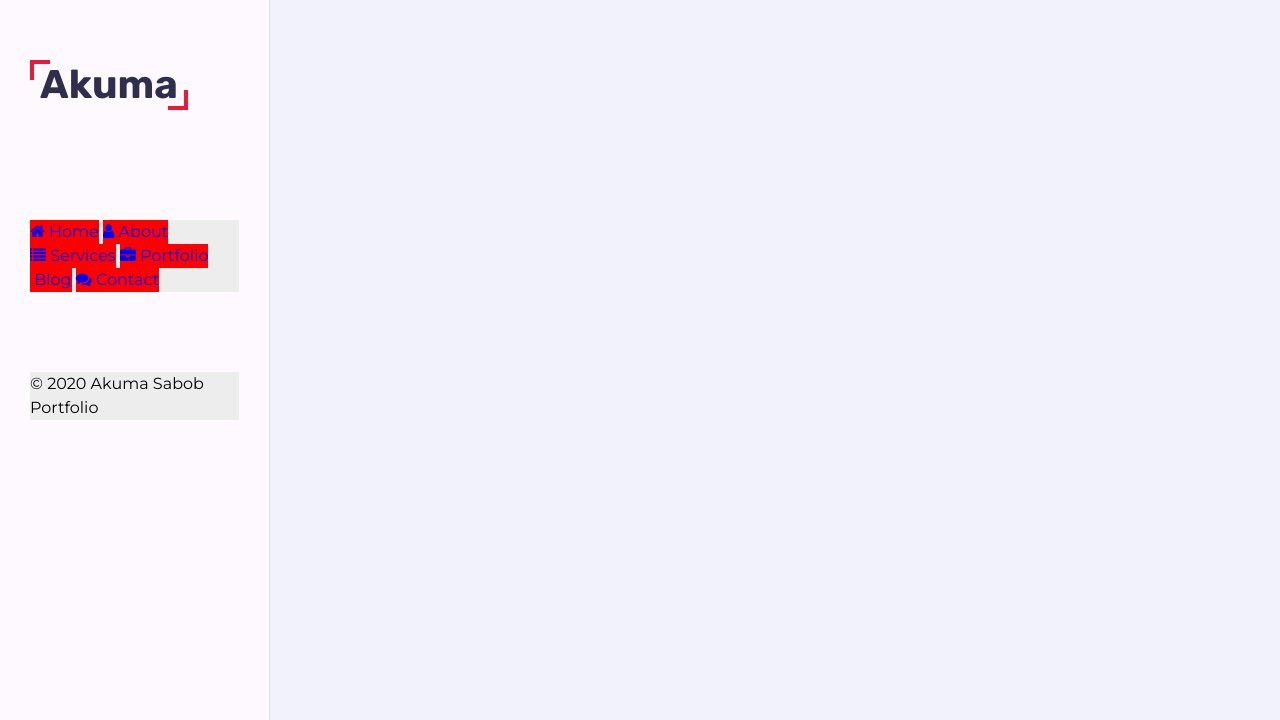
Repository: Akuma001/MY-Portfolio
Page: index.html
An editor plug-in stored every save of this project. The page is shown before and after the next save, followed by the edit.
The browser window is 1280 px wide. The pictures show the whole page.

Above is the page before, as saved 2020-12-13 13:14:31.

After the next save:
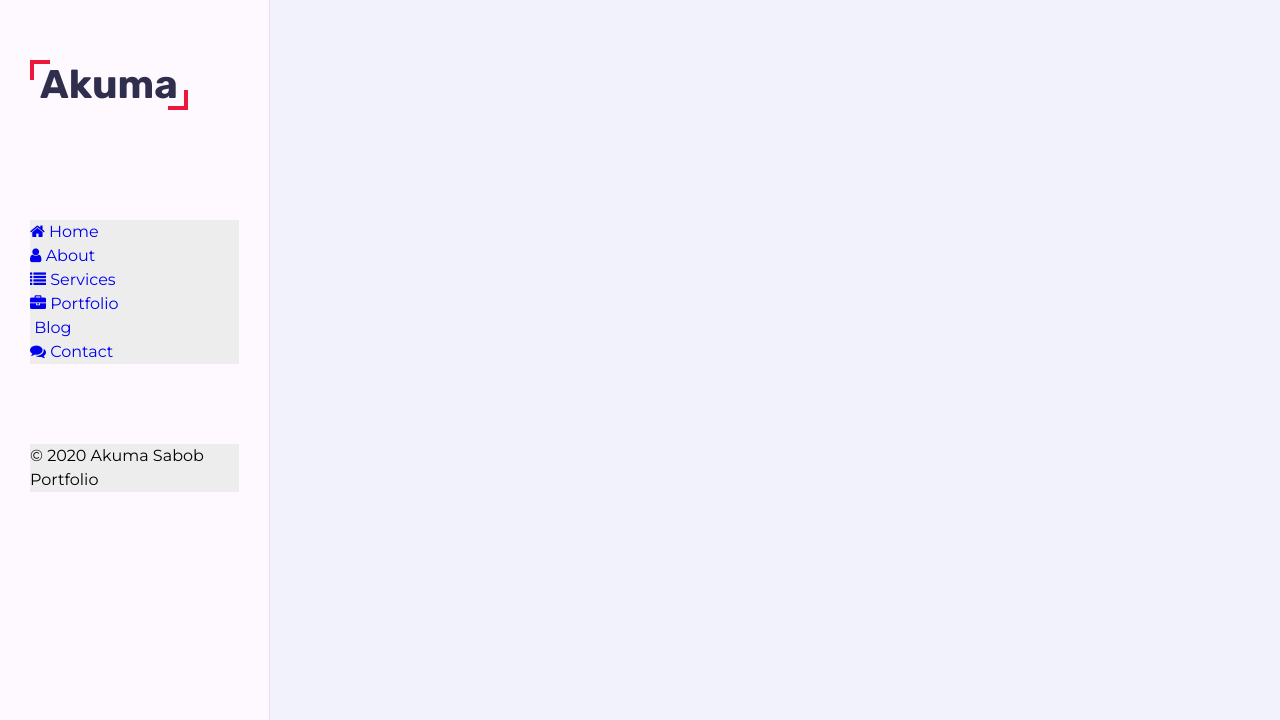
Saved 35 s later.
--- a/css/style.css
+++ b/css/style.css
@@ -85,8 +85,7 @@ body{
      list-style: none;
  }
  .aside .nav li{
-     background-color: red;
-     display: inline-block;
+     display: block;
  }
  .aside .copyright-text{
     background-color: #ededed;
